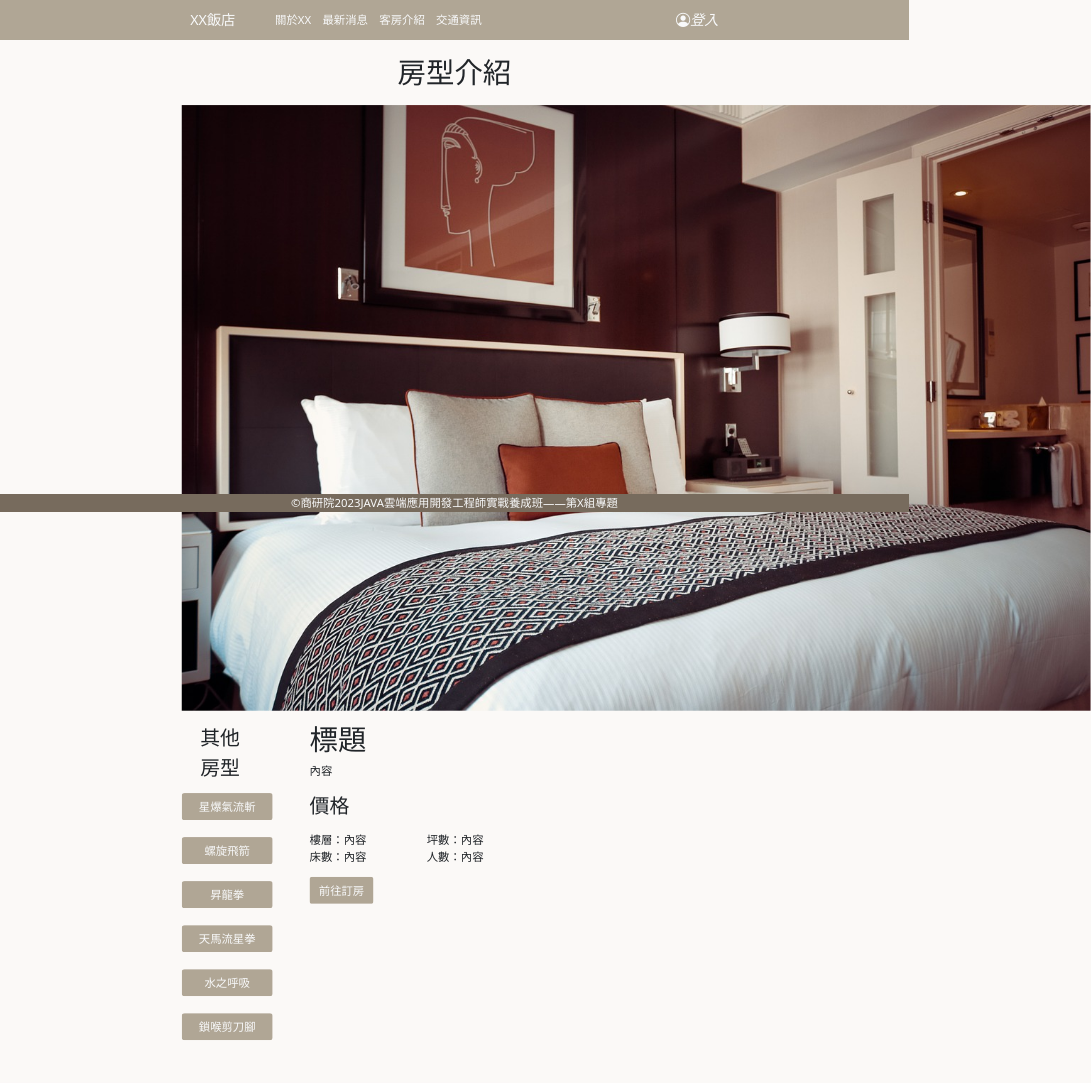
Repository: starcool0505/JavaProject-Hotel
Page: http://localhost/Hotel/room_index.jsp?type=0
The author's editor kept a copy of each file at every save. The page is drawn from the files as they stood at one save, then again after the next save.
The browser window is 1280 px wide. The page is 1536 px wide, so the pictures cover 1536 px, including what lies to the right of the window. The pictures show the whole page, at 71% of full size.
The page is served by Tomcat 9. Nobody is signed in. The application's start-up code is not run. Other server files are loaded and not shown.

Above is the page before, as saved 2023-12-19 06:44:43.

### Hotel/src/main/webapp/room_index.jsp
<%@ page language="java" contentType="text/html; charset=UTF-8" pageEncoding="UTF-8"%>
<%@ page import="data.RoomData" %>

<%@ include file="/WEB-INF/views/header.jsp" %>

<!DOCTYPE html>
<html>
	<head>
		<meta charset="UTF-8">
		<link href="https://cdn.jsdelivr.net/npm/bootstrap@5.0.0/dist/css/bootstrap.min.css" rel="stylesheet">
		<link rel="stylesheet" href="https://cdn.jsdelivr.net/npm/bootstrap-icons@1.11.1/font/bootstrap-icons.css">
		<link rel="stylesheet" href="./css/main_color.css">
		<script src="https://cdn.jsdelivr.net/npm/bootstrap@5.0.0/dist/js/bootstrap.bundle.min.js"></script>
		<script src="https://cdn.jsdelivr.net/npm/jquery@3.7.1/dist/jquery.min.js"></script>
		<style>
			.custom-container
			{
				max-width: 20%;
				margin: 0;
			}
			.list-unstyled
			{
				list-style-type: none;
				padding: 0;
				margin: 0;
			}
		</style>
	</head>

	<body class="bg_main0" style="min-height: 100%">
		<div class="position-relative text-center" style="margin: 0 20%; margin-top: 10vh">
			<div class="fs-1">房型介紹</div>
			<div>
				<img alt="Image 1" src="imgs/room-1.jpg" class="mt-3">
			</div>
			<div class="row" style="max-height: auto;">
				<div class="col-2 custom-container">
					<%
						for(int i=0; i<RoomData.roomImgTitle.length; i++)
						{
							if(i==0)
							{
					%>
								<div class="row fs-3 m-3 d-flex justify-content-start">其他房型</div>
								<div class="row d-flex d-flex justify-content-start">
					<%
							}
					%>
						<div class="col-2">
							<button type="button" class="btn bg_main3 mb-4 text-light" style="min-width: 10vw;"><%= RoomData.roomImgTitle[i] %></button>
						</div>
						<div class="w-100"></div>
					<%
						}
					%>
								</div>
				</div>
				<div class="col-5 text-start ms-5">
					<h1 class="mt-3">標題</h1>
					<p>內容</p>
					<div class="fs-3">價格</div>
					<div class="row mt-3">
						<div class="col">樓層：內容</div>
						<div class="col">坪數：內容</div>
					</div>
					<div class="row">
						<div class="col">床數：內容</div>
						<div class="col">人數：內容</div>
					</div>
					<div class="mt-3">
						<button type="button" class="btn bg_main3 text-light">前往訂房</button>
					</div>
				</div>
			</div>
		</div>
	</body>
</html>

<%@ include file="/WEB-INF/views/footer.jsp" %>

### Hotel/src/main/webapp/WEB-INF/views/header.jsp
<%@ page language="java" contentType="text/html; charset=UTF-8" pageEncoding="UTF-8"%>

<!DOCTYPE html>
<html>
	<head>
		<meta charset="UTF-8">
		<title>XX飯店</title>
		<link href="https://cdn.jsdelivr.net/npm/bootstrap@5.0.0/dist/css/bootstrap.min.css" rel="stylesheet">
		<link rel="stylesheet" href="https://cdn.jsdelivr.net/npm/bootstrap-icons@1.11.1/font/bootstrap-icons.css">
		<link rel="stylesheet" href="./css/main_color.css">
		<script src="https://cdn.jsdelivr.net/npm/bootstrap@5.0.0/dist/js/bootstrap.bundle.min.js"></script>
		<script src="https://cdn.jsdelivr.net/npm/jquery@3.7.1/dist/jquery.min.js"></script>
	</head>

	<body>
		<nav class="navbar navbar-expand-lg bg_main3 fixed-top">
			<div class="container-fluid" style="margin: 0 20%">
				<a class="navbar-brand text-light me-0" href="./index.jsp">XX飯店</a>

				<button class="navbar-toggler" type="button" data-bs-toggle="collapse" data-bs-target="#navbarSupportedContent" aria-controls="navbarSupportedContent" aria-expanded="false" aria-label="Toggle navigation">
					<span class="navbar-toggler-icon"></span>
				</button>

				<div class="collapse navbar-collapse" id="navbarSupportedContent">
					<ul class="navbar-nav me-auto mb-2 mb-lg-0">
						<li class="nav-item">
							<a class="nav-link text-light ms-5" href="./page1.jsp">關於XX</a>
						</li>
						<li class="nav-item">
							<a class="nav-link text-light" href="./page2.jsp">最新消息</a>
						</li>
						<li class="nav-item">
							<a class="nav-link text-light" href="./page3.jsp">客房介紹</a>
						</li>
						<li class="nav-item">
							<a class="nav-link text-light" href="./page4.jsp">交通資訊</a>
						</li>
					</ul>
				</div>

<%-- 			<i class="bi bi-person-circle text-light h5 mb-0 d-none d-md-block">${sessionScope.username}</i> --%>
				<i class="bi bi-person-circle h5 text-light ml-3 mb-0" role="button" onclick="window.location.href='./login.jsp'">登入</i>
			</div>
		</nav>
	</body>
</html>

### Hotel/src/main/webapp/WEB-INF/views/footer.jsp
<%@ page language="java" contentType="text/html; charset=UTF-8" pageEncoding="UTF-8"%>

<footer class="position-fixed bottom-0 bg_main4 w-100 text-light text-center fixed-bottom">
	<p class="mb-0 font_c1">&copy;商研院2023JAVA雲端應用開發工程師實戰養成班——第X組專題</p>
</footer>
<div style="height: 5vh;"></div>

### Hotel/src/main/java/data/RoomData.java
package data;

public class RoomData
{
	public static String[] roomImgPaths = {"imgs/room-1.jpg", "imgs/room-2.jpg", "imgs/room-3.jpg", "imgs/room-4.jpg", "imgs/room-5.jpg", "imgs/room-6.jpg"};
	public static String[] roomImgTitle = {"星爆氣流斬", "螺旋飛箭", "昇龍拳", "天馬流星拳", "水之呼吸", "鎖喉剪刀腳"};
	public static String[] roomImgType = {"雙人房", "雙人房", "雙人房", "四人房", "四人房", "四人房"};
	public static String[] roomImgContext = {"天地玄黃，宇宙洪荒。日月盈昃，辰宿列張。", "寒來暑往，秋收冬藏。閏餘成歲，律呂調陽。", "雲騰致雨，露結為霜。金生麗水，玉出崑崗。", "劍號巨闕，珠稱夜光。果珍李柰，菜重芥薑。", "海鹹河淡，鱗潛羽翔。龍師火帝，鳥官人皇。", "始制文字， 乃服衣裳。 推位讓國， 有虞陶唐。"};
}

### Hotel/src/main/webapp/css/main_color.css
/* 背景顏色用的主色調 */
.bg_main0
{
	background-color: rgb(251, 249, 247);
}
.bg_main1
{
	background-color: #F3EEEA;
	/* 最淺 */
}
.bg_main2
{
	background-color: #EBE3D5;
	/* 次之 */
}
.bg_main3
{
	background-color: #B0A695;
	/* 再次之 */
}
.bg_main4
{
	background-color: #776B5D;
	/* 最深 */
}
.color1
{
	background-color: #85586F;
	/* 紫色 */
}
.color2
{
	background-color: #874356;
	/* 紅色 */
}
.color3
{
	background-color: #B7CADB;
}
.text1
{
	color: whitesmoke;
}

After the next save:
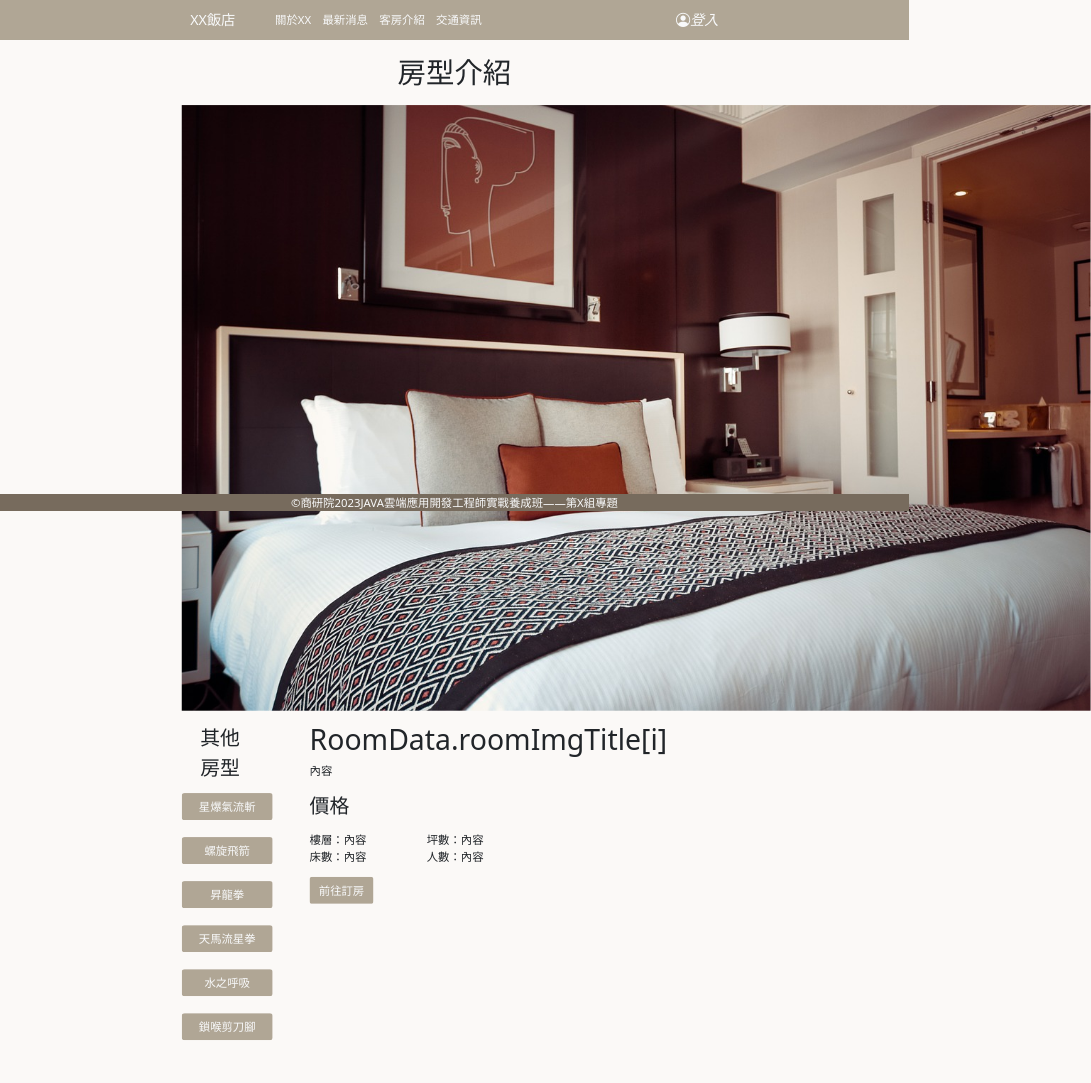
Saved 2 min 29 s later.
--- a/Hotel/src/main/webapp/room_index.jsp
+++ b/Hotel/src/main/webapp/room_index.jsp
@@ -56,7 +56,7 @@
 								</div>
 				</div>
 				<div class="col-5 text-start ms-5">
-					<h1 class="mt-3">標題</h1>
+					<h1 class="mt-3">RoomData.roomImgTitle[i]</h1>
 					<p>內容</p>
 					<div class="fs-3">價格</div>
 					<div class="row mt-3">
